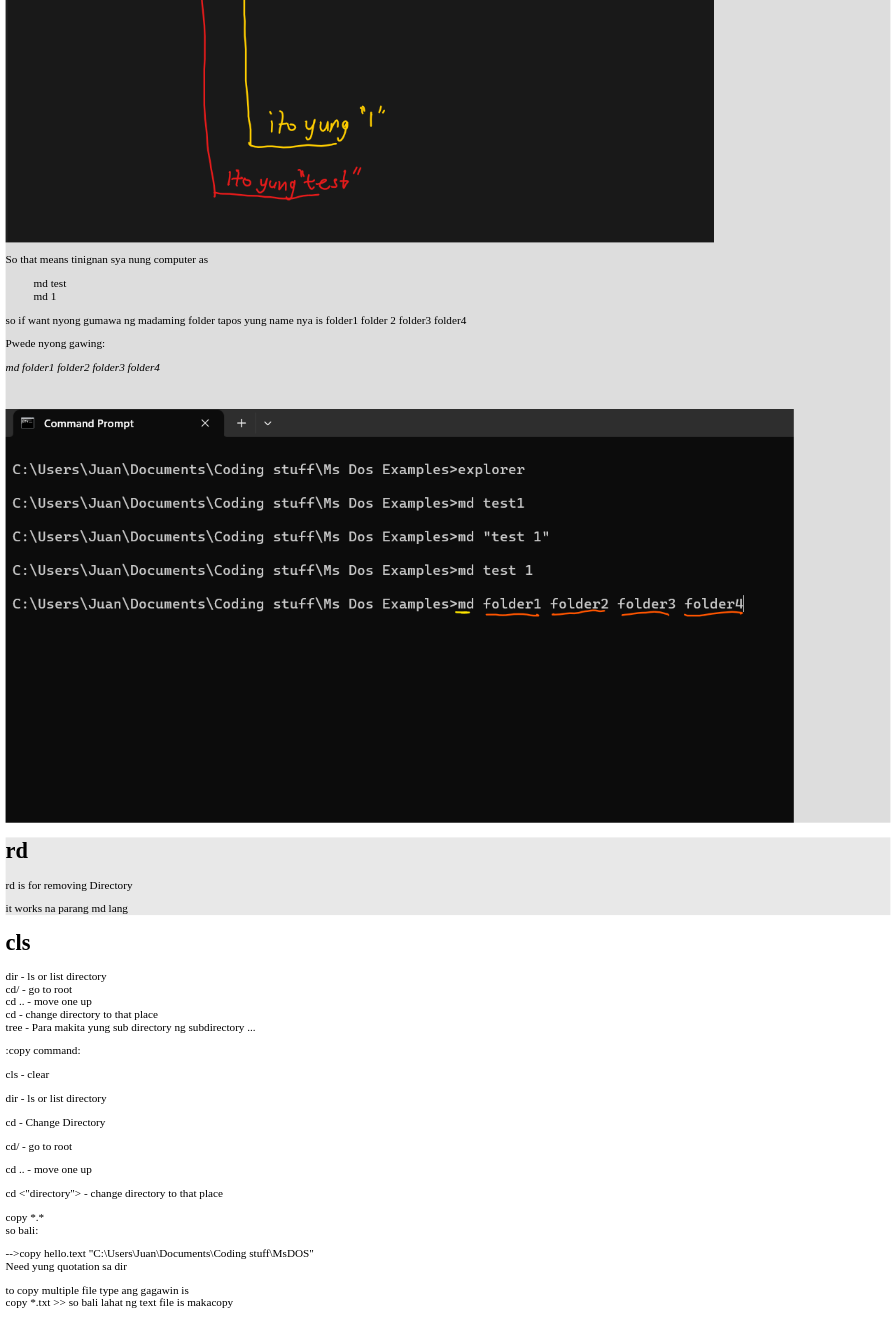
Repository: zwainer/Comprog
Page: index.html
An editor plug-in stored every save of this project. The page is shown before and after a run of saves, followed by the edit.
The browser window is 1280 px wide. The pictures show the part of the page from y = 3796 to 5716 px (the page is 5682 px tall before and 5716 px after), at 70% of full size.

Above is the page before, as saved 2023-05-06 00:36:25.

### index.html
<html>
	<head>
		<link rel="stylesheet" href="index.css">
	</head>
<body>

	<div class="header">

		<h1 class="mainHead">Comprog Notes Ko</h1>

	</div>

	<!-- make dir part -->
	<div class="makeDir">


		<p class="StartCommand">
			md
			<br/>

		</p>

		<p>md means make directory <br/>
		</p>
		<p>To use it :
			<dl>
				<dd>
					write md then
				</dd>

				<dd>
					yung name nung folder
				</dd>
			</dl>

		<br/>
		</p>


		</p>

		<img src="pictures/1_1.png">

		<p>Ito yung Output <br/></p>


		<img src="pictures/2.png">

		<h2>What if gusto nyong may space yung folder name<br/></h2>
		<dl>
			<dd>
				<p> To do it, need nyong lagyan ng "" quotation mark yung folder name nyo<br/></p>
			</dd>

			<dd>
				<p> So bali magiging cd "test 1"<br/></p>
			</dd>
		</dl>

		<img src="pictures/3.png">

		<p>Ito yung Output <br/></p>

		<img src="pictures/4.png">


		<h2>What will happen pag walang "" <-- ganire<br/></h2>

		<p>Gagawa sya ng multiple folder<br/></p>

		<img src="pictures/5.png">

		<p>Ito yung output<br/></p>

		<img src="pictures/6.png">

		<p>So that means tinignan sya nung computer as <br/>

			<dl>
				<dd>
					md test <br/>
				</dd>

				<dd>
					md 1<br/></p>
				</dd>
			</dl>

			<p>so if want nyong gumawa ng madaming folder tapos yung name nya is folder1 folder 2 folder3 folder4<br/></p>

			<p>Pwede nyong gawing: <p class="importantNote">md folder1 folder2 folder3 folder4</p> <br/> </p>

			<img src="pictures/7.png">


	</div>

	<!-- remove naman ng directory na part -->
	<div class="remDir">
		<h1>rd    <br/> </h1>

 		<p>rd is for removing Directory<br/></p>

 		<p> it works na parang md lang<br/></p>

	</div>


	<!-- clear ng cmd para di makalat -->
	<div class="cls">
		<h1>cls</h1>
	</div>

	<!-- Show the directory -->

dir - ls or list directory<br/>

<!-- cd stuff -->

cd/ - go to root<br/>

cd .. - move one up<br/>

cd <directory> - change directory to that place<br/>
<!-- tree momints -->


tree - Para makita yung sub directory ng subdirectory ...<br/>
<!-- copy command -->

<p >:copy command:<br/></p>
<p >cls - clear<br/></p>

<p >dir - ls or list directory<br/></p>

<p >cd - Change Directory<br/></p>


<p >cd/ - go to root<br/></p>

<p>cd .. - move one up<br/></p>

<p >cd <"directory"> - change directory to that place<br/></p>






<p>copy *.*<br/>

	so bali: <br/></p>
		<p>
				-->copy hello.text "C:\Users\Juan\Documents\Coding stuff\MsDOS"<br/>
			Need yung quotation sa dir
			<br/>
		</p>

		<p>
	to copy multiple file type ang gagawin is </br>
	copy *.txt >> so bali lahat ng text file is makacopy</br>



		</p>

	</body>
</html>

### index.css
.mainHead{
    color: white ;
    background-color: black;
    font-size: 40px;
    font-family: 'Arial Narrow Bold';
    text-align: center ;
    padding: 14px;

}


.makeDir{

    background-color: rgb(221, 221, 221) ;
    padding: 0%;
    margin: 0%;
}

.remDir{

    background-color: rgb(232, 232, 232) ;
    padding: 0%;
    margin: 0%;
}



.StartCommand{
    font-size: 30px;
    font-family: 'Franklin Gothic Medium';
    font-weight: bold;
}

.importantNote{
    font-style: italic;
}

After the next 3 saves:
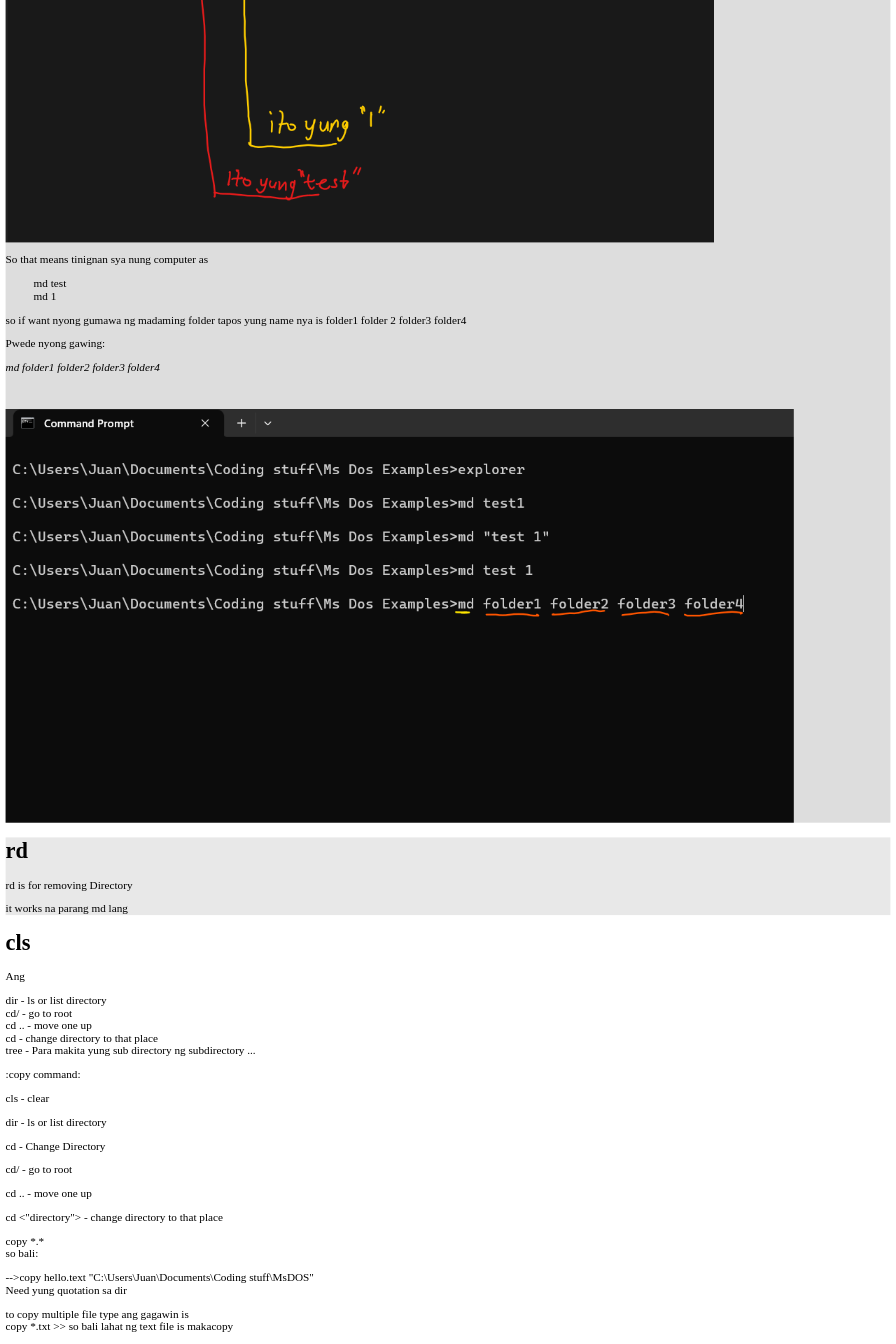
The 3 saves are shown as one change because they came seconds apart.
The last was saved 15 s later.
--- a/index.html
+++ b/index.html
@@ -109,6 +109,8 @@
 	<!-- clear ng cmd para di makalat -->
 	<div class="cls">
 		<h1>cls</h1>
+
+		<p>Ang </p>
 	</div>
 
 	<!-- Show the directory -->
